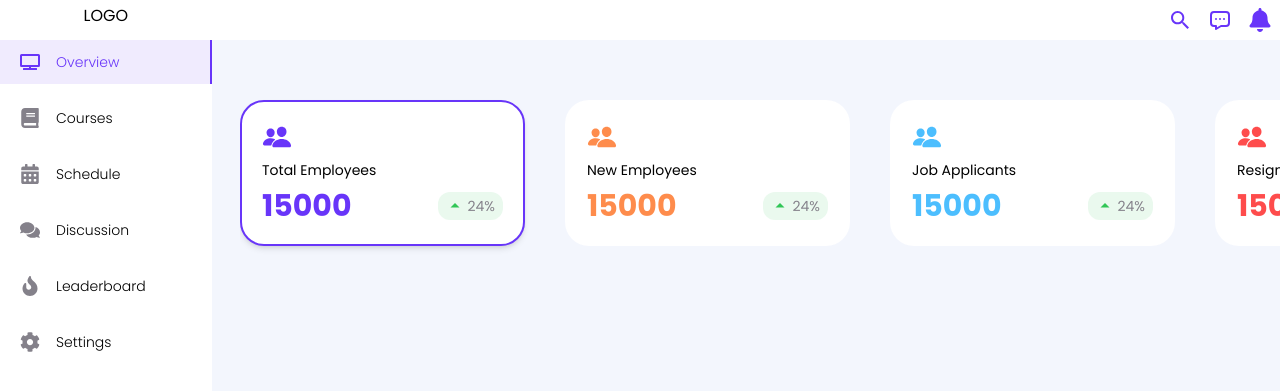
Repository: SpicierEwe/creativeio_hr_dashboard
Page: /
The author's editor kept a copy of each file at every save. The page is drawn from the files as they stood at one save, then again after the next save.
The browser window is 1280 px wide. The pictures show the whole page.
The project was rebuilt for these pictures with package versions that can differ from the ones it lists, and the page was loaded fresh each time. Also part of the build but not shown: src/components/dashboard/sections/sections_2/section_2.jsx. Imported but missing from the stored project, and not drawn on this page: src/components/dashboard/sections/sections_2/charts/pie_chart.

Above is the page before, as saved 2024-06-28 23:27:12.

### public/index.html
<!DOCTYPE html>
<html lang="en">
  <head>
    <meta charset="utf-8" />
    <link rel="icon" href="%PUBLIC_URL%/favicon.ico" />
    <meta name="viewport" content="width=device-width, initial-scale=1" />
    <meta name="theme-color" content="#000000" />
    <meta
      name="description"
      content="A perfectly optmized HR Dashboard for all screens sizes to give you the best possible user experience no matter the type of screen size you use."
    />
    <link rel="apple-touch-icon" href="%PUBLIC_URL%/logo192.png" />
    <!--
      manifest.json provides metadata used when your web app is installed on a
      user's mobile device or desktop. See https://developers.google.com/web/fundamentals/web-app-manifest/
    -->
    <link rel="manifest" href="%PUBLIC_URL%/manifest.json" />
    <!--
      Notice the use of %PUBLIC_URL% in the tags above.
      It will be replaced with the URL of the `public` folder during the build.
      Only files inside the `public` folder can be referenced from the HTML.

      Unlike "/favicon.ico" or "favicon.ico", "%PUBLIC_URL%/favicon.ico" will
      work correctly both with client-side routing and a non-root public URL.
      Learn how to configure a non-root public URL by running `npm run build`.
    -->
    <title>HR Dashboard</title>
  </head>
  <body>
    <noscript>You need to enable JavaScript to run this app.</noscript>
    <div id="root"></div>
    <!--
      This HTML file is a template.
      If you open it directly in the browser, you will see an empty page.

      You can add webfonts, meta tags, or analytics to this file.
      The build step will place the bundled scripts into the <body> tag.

      To begin the development, run `npm start` or `yarn start`.
      To create a production bundle, use `npm run build` or `yarn build`.
    -->
  </body>
</html>

### src/index.css
@import url('https://fonts.googleapis.com/css2?family=Poppins:ital,wght@0,100;0,200;0,300;0,400;0,500;0,600;0,700;0,800;0,900;1,100;1,200;1,300;1,400;1,500;1,600;1,700;1,800;1,900&display=swap');


@tailwind base;
@tailwind components;
@tailwind utilities;

@layer base {
    :root {
        --color-primary: #ffffff;
        --color-secondary: #f3f6fd;
        --accent: #6835f9;
        --accent-light: #f0ebfe;

        --font-primary: #202020;
        --font-secondary: #84818A;
        --font-tertiary: #47464A;
        /* Corrected the double # */
    }

    .hide-scrollbar::-webkit-scrollbar {
        display: none;
    }

    .hide-scrollbar {
        -ms-overflow-style: none;
        /* IE and Edge */
        scrollbar-width: none;
        /* Firefox */
    }

    body {
        font-family: 'Poppins', sans-serif;
        background-color: var(--color-secondary);
    }

    h1,
    h2,
    h3,
    h4 {
        color: var(--font-primary);
    }





    p {
        color: var(--font-secondary);
    }
}

### src/App.js
import { BrowserRouter as Router, Routes, Route } from "react-router-dom";

import "./App.css";
import DashBoard from "./components/dashboard/dashboard";
import SideNav from "./components/side_nav/side_nav";
import { useRef } from "react";

function App() {
  const sideRef = useRef(null);
  return (
    <Router>
      <div className="App overflow-x-hidden ">
        <div className="flex max-w-screen-2xl w-screen">
          {/* side and top nav  */}
          <div ref={sideRef} className="">
            <SideNav />
          </div>
          {/* right content */}
          <div className="w-[100%] pt-20  ">
            <Routes>
              <Route path="/" element={<DashBoard />} />
            </Routes>
          </div>
        </div>
      </div>
    </Router>
  );
}

export default App;

### src/components/dashboard/dashboard.jsx
import Section1 from "./sections/section_1/section_1";
import Section2 from "./sections/sections_2/section_2";

function DashBoard() {
  return (
    <div>
      <div className=" ">
        <Section1 />
      </div>

      <div className="">{/* <Section2 /> */}</div>
    </div>
  );
}

export default DashBoard;

### src/components/side_nav/side_nav.jsx
import React, { useEffect, useState } from "react";

import {
  FaComments,
  FaCog,
  FaFire,
  FaCalendarAlt,
  FaBook,
  FaTv,
  FaBell,
} from "react-icons/fa";
import { IoMdSearch } from "react-icons/io";
import { TbMessageDots } from "react-icons/tb";
import { Link, redirect, useLocation } from "react-router-dom";

const menuItems = [
  { id: 1, icon: <FaTv />, label: "Overview", notifications: 0, redirect: "/" },
  {
    id: 2,
    icon: <FaBook />,
    label: "Courses",
    notifications: 0,
    redirect: "/courses",
  },
  {
    id: 3,
    icon: <FaCalendarAlt />,
    label: "Schedule",
    notifications: 2,
    redirect: "/schedule",
  },
  {
    id: 4,
    icon: <FaComments />,
    label: "Discussion",
    notifications: 0,
    redirect: "/discussion",
  },
  {
    id: 5,
    icon: <FaFire />,
    label: "Leaderboard",
    notifications: 0,
    redirect: "/leaderboard",
  },
  {
    id: 6,
    icon: <FaCog />,
    label: "Settings",
    notifications: 0,
    redirect: "/settings",
  },
];

function SideNav() {
  const [selectedNavIndex, setSelectedNavIndex] = useState(0);

  const location = useLocation();

  useEffect(() => {
    const path = location.pathname;
    const index = menuItems.findIndex((item) => item.redirect === path);
    setSelectedNavIndex(index);
  }, [location.pathname]);

  return (
    <div className="fixed">
      {/* top nav */}
      <TopNavBar />

      {/* side nav */}
      <ul className="flex flex-col fixed  gap-3 h-screen justify-between z-[999] bg-primary">
        <div className="flex flex-col  gap-3">
          {/*  LOGO images */}

          <div className="mt-1">LOGO</div>

          {/* <h2>Main Menu</h2> */}
          {menuItems.map((item, index) => {
            const isSelected = selectedNavIndex === index;
            return (
              <Link to={item.redirect}>
                <li
                  key={item.id}
                  // bg
                  className={`p-3 border-r-2 ${
                    isSelected ? "border-accent" : "border-primary"
                  } text-md cursor-pointer w-full ${
                    isSelected ? "bg-accent_light" : ""
                  } transition-all duration-200 ease-in-out lg:pr-16 lg:pl-5 `}
                  onClick={() => setSelectedNavIndex(index)}
                >
                  <div className="flex justify-between gap-10">
                    <div className="flex gap-4">
                      {/* item icon */}
                      <div
                        className={` text-2xl lg:text-xl ${
                          isSelected ? "text-accent" : "text-secondary"
                        }  `}
                      >
                        {item.icon}
                      </div>

                      {/* lable */}
                      <div
                        className={`hidden lg:block text-sm font-light ${
                          isSelected ? "text-accent" : ""
                        } `}
                      >
                        {item.label}
                      </div>
                    </div>
                  </div>
                </li>
              </Link>
            );
          })}
        </div>
      </ul>
    </div>
  );
}

export default SideNav;
const TopNavBar = () => {
  const icons = [<IoMdSearch />, <TbMessageDots />, <FaBell />];
  return (
    <div className="bg-primary w-screen fixed  max-w-screen-2xl">
      {/* mobile */}
      <div className="flex justify-between">
        <div></div>

        {/* icons */}
        <div className="flex">
          {icons.map((icon, index) => (
            <div
              key={index}
              className="flex justify-end p-2 text-2xl text-accent"
            >
              {icon}
            </div>
          ))}
        </div>
      </div>
    </div>
  );
};

### src/components/dashboard/sections/section_1/section_1.jsx
import { useState } from "react";
import { IoPeople } from "react-icons/io5";
import { RiArrowUpSFill } from "react-icons/ri";

function Section1() {
  const data = [
    {
      icon: <IoPeople />,
      title: "Total Employees",
      count: 15000,
      percentage: "24%",
      color: "#6835f9",
      drop: false,
    },
    {
      icon: <IoPeople />,
      title: "New Employees",
      count: 15000,
      percentage: "24%",
      color: "#fe8c4c",
      drop: false,
    },
    {
      icon: <IoPeople />,
      title: "Job Applicants",
      count: 15000,
      percentage: "24%",
      color: "#4cbefe",
      drop: false,
    },
    {
      icon: <IoPeople />,
      title: "Resigned Employees",
      count: 15000,
      percentage: "24%",
      color: "#fe4c4c",
      drop: true,
    },
  ];

  function hexToRGBA(hex, opacity) {
    let r = 0,
      g = 0,
      b = 0;
    if (hex.length === 4) {
      r = parseInt(hex[1] + hex[1], 16);
      g = parseInt(hex[2] + hex[2], 16);
      b = parseInt(hex[3] + hex[3], 16);
    } else if (hex.length === 7) {
      r = parseInt(hex[1] + hex[2], 16);
      g = parseInt(hex[3] + hex[4], 16);
      b = parseInt(hex[5] + hex[6], 16);
    }
    return `rgba(${r},${g},${b},${opacity})`;
  }

  const item = {
    color: "#ff5733", // Example color
  };

  const boxShadowColor = hexToRGBA(item.color, 0.3);
  const boxShadow = `0 4px 10px -3px ${boxShadowColor}`;
  console.log(boxShadow);

  const [selectedIndex, setSelectedIndex] = useState(0);

  return (
    <div className="hide-scrollbar flex gap-5 lg:gap-10 overflow-x-auto hide-scroll w-full p-5 pl-0   xl:grid grid-cols-4  ml-[5rem] lg:ml-[15rem]">
      {data.map((item, index) => {
        return (
          <div
            key={index}
            onClick={() => setSelectedIndex(index)}
            className={`text-start rounded-3xl p-5 bg-primary flex flex-col items-start cursor-pointer ${
              selectedIndex === index ? `shadow-md` : ""
            } transition-all duration-200 ease-in-out `}
            style={{
              border: `2px ${
                selectedIndex === index ? item.color : "transparent"
              } solid`,
            }}
          >
            <div
              className="text-3xl"
              style={{
                color: item.color,
              }}
            >
              {item.icon}
            </div>
            <div className=" mt-2 text-sm  whitespace-nowrap">{item.title}</div>
            <div className="w-full flex gap-3 mt-2  items-center justify-between">
              <p
                className="text-3xl font-bold"
                style={{
                  color: item.color,
                }}
              >
                {item.count}
              </p>
              <div
                className="flex gap-1 items-center w-fit rounded-xl py-1 px-2"
                style={{
                  color: item.drop ? "red" : "green",
                  backgroundColor: item.drop
                    ? "rgba(254, 76, 76, 0.1)"
                    : "rgba(49, 198, 86, 0.1)",
                }}
              >
                {!item.drop ? (
                  <RiArrowUpSFill className="text-[#31c656] text-lg" />
                ) : (
                  <RiArrowUpSFill className="text-red-500 text-lg rotate-180" />
                )}
                <p className="text-sm">{item.percentage}</p>
              </div>
            </div>
          </div>
        );
      })}
    </div>
  );
}

export default Section1;

### tailwind.config.js
/** @type {import('tailwindcss').Config} */
module.exports = {
  content: ["./src/**/*.{js,jsx,ts,tsx}"],
  theme: {
    extend: {
      colors: {
        primary: "var(--color-primary)",
        secondary: "var(--color-secondary)",
        accent: "var(--accent)",
        accent_light: "var(--accent-light)",
      },
      textColor: {
        primary: "var(--font-primary)",
        secondary: "var(--font-secondary)",
        tertiary: "var(--font-tertiary)",
      },
    },
  },
  plugins: [],
};

Loaded but not shown: src/index.js (common file); src/reportWebVitals.js (common file); src/App.css (common file)

After the next save:
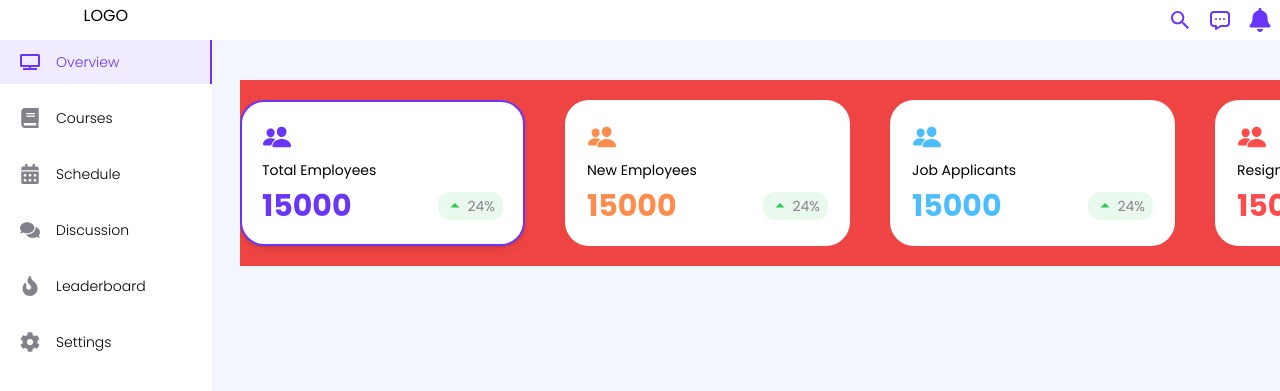
Saved 6 s later.
--- a/src/components/dashboard/sections/section_1/section_1.jsx
+++ b/src/components/dashboard/sections/section_1/section_1.jsx
@@ -65,7 +65,7 @@ function Section1() {
   const [selectedIndex, setSelectedIndex] = useState(0);
 
   return (
-    <div className="hide-scrollbar flex gap-5 lg:gap-10 overflow-x-auto hide-scroll w-full p-5 pl-0   xl:grid grid-cols-4  ml-[5rem] lg:ml-[15rem]">
+    <div className="hide-scrollbar flex gap-5 lg:gap-10 overflow-x-auto hide-scroll w-full p-5 pl-0   xl:grid grid-cols-4  ml-[5rem] lg:ml-[15rem] bg-red-500">
       {data.map((item, index) => {
         return (
           <div
